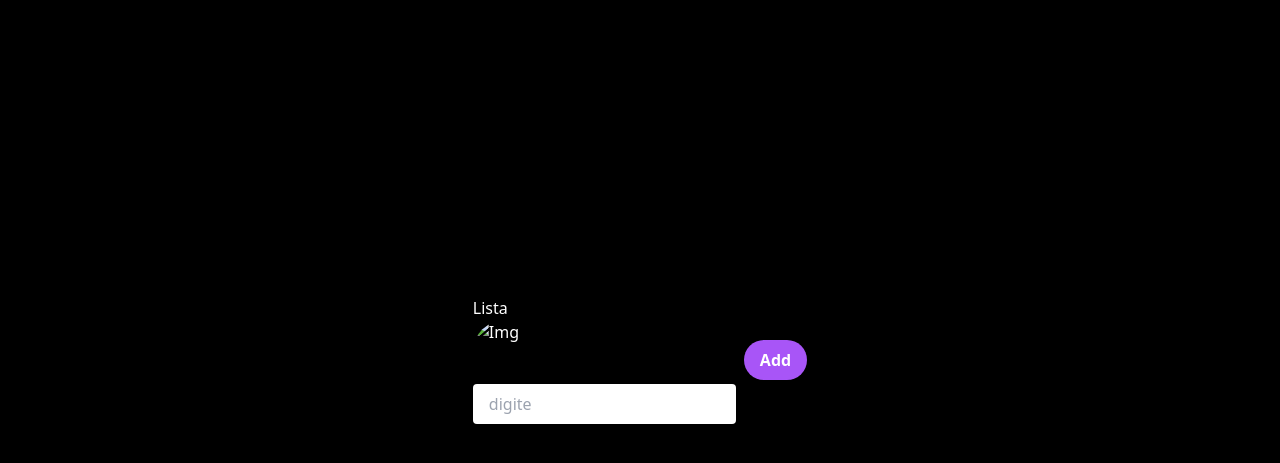
Repository: LuisSempre/FundamentosReact
Page: /
The author's editor kept a copy of each file at every save. The page is drawn from the files as they stood at one save, then again after the next save.
The browser window is 1280 px wide. The pictures show the whole page.
The page's requests for data from a server got no answer. The project was rebuilt for these pictures with package versions that can differ from the ones it lists, and the page was loaded fresh each time. No one was signed in, and anything a server would have sent is missing. Also part of the build but not shown: vite.config.js, src/components/Card.tsx.

Above is the page before, as saved 2022-06-28 20:11:09.

### src/main.jsx
import React from 'react'
import ReactDOM from 'react-dom/client'
import { Home } from './pages/Home'
import './index.css'

ReactDOM.createRoot(document.getElementById('root')).render(
  <React.StrictMode>
    <Home />
  </React.StrictMode>
)

### src/pages/Home.jsx
import { useState, useEffect } from "react";
import { Card } from "../components/Card";

export function Home() {
  const [student, setStudent] = useState("Student");
  const [students, setStudents] = useState([]);
  const [user, setUser] = useState({ name: '', avatar: ''})

  function studentAdd() {
    const newStudent = {
      name: student,
      time: new Date().toLocaleDateString("pt-br", {
        hour: "2-digit",
        minute: "2-digit",
        second: "2-digit",
      }),
    };
    setStudents((prevState) => [...prevState, newStudent]);
  }

  useEffect(() => {
    fetch('https://api.github.com/users/luissempre').then(response => response.json())
    .then(data => {
        setUser({
          name: data.name,
          avatar: data.avatar_url
        })
    })
  }, [])
  return (
    <div className="flex items-center justify-center min-h-screen space-x-2">
      <div>
        <h1>Lista</h1>
        <div className="flex">
          <strong>{user.name}</strong>
          <img className="w-16 h-16 rounded-full" src={user.avatar} alt="Img" />
        </div>
        <input
          onChange={(e) => setStudent(e.target.value)}
          className="px-4 py-2 text-black bg-white rounded"
          type="text"
          placeholder="digite"
        />
      </div>
      <div className="space-y-4">
        <button
        className="px-4 py-2 font-bold bg-purple-500 rounded-full"
        onClick={studentAdd}>Add</button>
        {students.map((student) => (
          <Card
            key={student.time}
            name={student.name}
            time={student.time}
          />
        ))}
      </div>
    </div>
  );
}

### src/index.css
@tailwind base;
@tailwind components;
@tailwind utilities;

* {
    @apply bg-black text-white;
}

Loaded but not shown: index.html (common file); tailwind.config.js (common file)

After the next save:
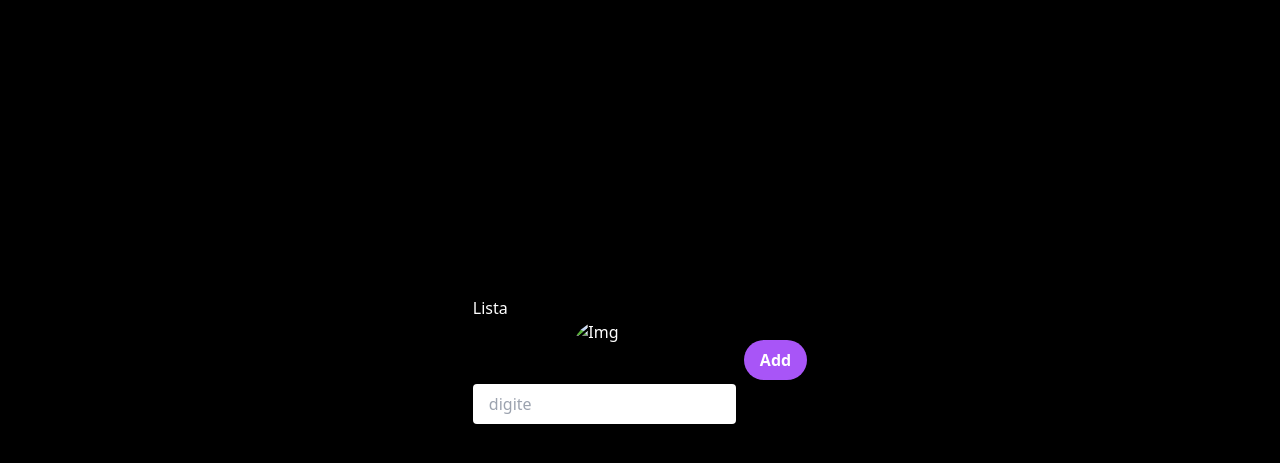
Saved 8 s later.
--- a/src/pages/Home.jsx
+++ b/src/pages/Home.jsx
@@ -31,7 +31,7 @@ export function Home() {
     <div className="flex items-center justify-center min-h-screen space-x-2">
       <div>
         <h1>Lista</h1>
-        <div className="flex">
+        <div className="flex items-center justify-center">
           <strong>{user.name}</strong>
           <img className="w-16 h-16 rounded-full" src={user.avatar} alt="Img" />
         </div>
